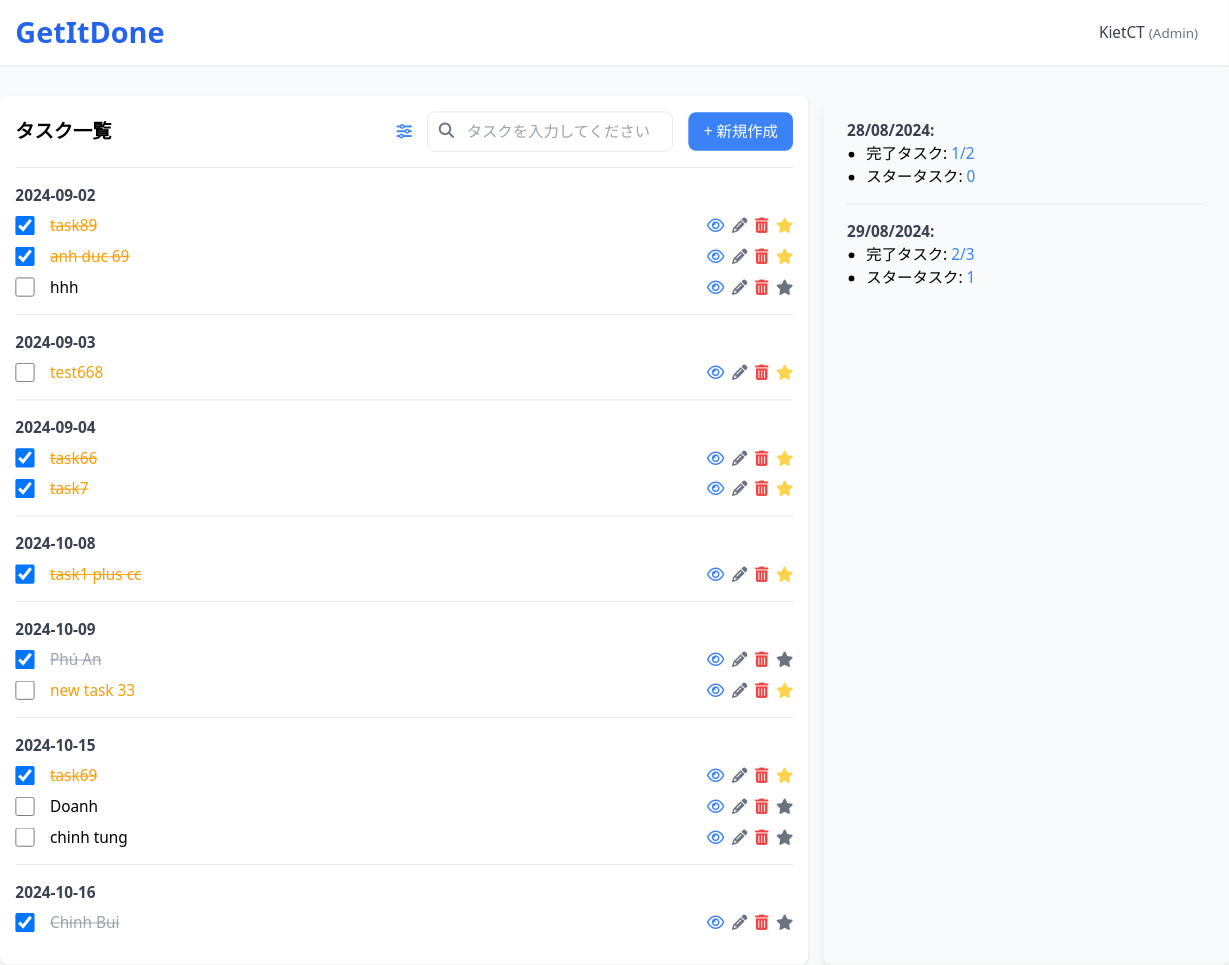
Repository: TuanAnhNguyen723/todolist
Page: http://localhost/mainscreen/mainscreen.php
An editor plug-in stored every save of this project. The page is shown before and after the next save, followed by the edit.
The browser window is 1280 px wide. The pictures show the whole page, at 96% of full size.
Some web libraries are served in a nearby version. The page is run by PHP 8.4 with error messages shown; the project is at /var/www/html/. The database holds what the project's SQL file puts in it.

Above is the page before, as saved 2024-10-02 14:03:03.

### mainscreen/mainscreen.php
<!DOCTYPE html>
<?php
include '../mainscreen/mainscreenController.php';
?>

<html lang="ja">
  <head>
    <meta charset="UTF-8" />
    <meta name="viewport" content="width=device-width, initial-scale=1.0" />
    <title>GetItDone Task List</title>
    <link
      href="https://cdn.jsdelivr.net/npm/tailwindcss@2.2.19/dist/tailwind.min.css"
      rel="stylesheet"
    />
    <link
      rel="stylesheet"
      href="https://cdnjs.cloudflare.com/ajax/libs/font-awesome/6.6.0/css/all.min.css"
    />

    <link href="./mainscreen.css">
    <script src="./mainscreen.js" defer></script>
  </head>
  <body class="bg-gray-50">
    <!-- Header Section -->
    <header class="bg-white shadow p-4 flex justify-between items-center">
      <div class="flex items-center">
        <h1 class="text-3xl font-bold text-blue-600">GetItDone</h1>
      </div>
      <div class="flex items-center">
        <span class="text-gray-700 mr-4"
          >KietCT <span class="text-sm text-gray-500">(Admin)</span></span
        >
      </div>
    </header>

    <!-- Main Section -->
    <main class="container mx-auto mt-8">
      <div class="flex justify-between">
        <!-- Task List -->
        <div class="w-2/3 bg-white p-4 shadow rounded-lg">
          <div class="flex justify-between items-center mb-4">
            <!-- Task List Title -->
            <h2 class="text-xl font-bold">タスク一覧</h2>

            <div class="flex items-center space-x-4">
              <!-- Filter Icon -->
              <button class="text-blue-500 hover:text-gray-700">
                <i class="fas fa-sliders-h"></i>
              </button>

              <!-- Search Input with Icon -->
              <div class="relative">
                <input
                  type="text"
                  class="border rounded-lg pl-10 pr-3 py-2 w-64"
                  placeholder="タスクを入力してください"
                />
                <!-- Search Icon -->
                <i
                  class="fas fa-search absolute left-3 top-3 text-gray-500"
                ></i>
              </div>

              <!-- New Task Button -->
              <button
                class="newtask bg-blue-500 text-white px-4 py-2 rounded-lg"
              >
                + 新規作成
              </button>
            </div>
          </div>

          <!-- Task Groups by Date -->
          <div class="task-container">
          <?php foreach ($tasks_by_date as $date => $tasks): ?>
            <div class="mb-4 border-t pt-4">
                <h3 class="font-bold text-gray-700"><?php echo htmlspecialchars($date); ?></h3>

                <?php foreach ($tasks as $task): ?>
                    <div class="task-container2 flex justify-between items-center space-x-4 my-2">
                        <div class="flex items-center space-x-4">
                            <!-- // Kết hợp giữa trạng thái checked và trạng thái star -->
                            <input
                                type="checkbox"
                                class="form-checkbox h-5 w-5 toggle-complete <?php echo $task['star'] ? 'bg-yellow-500 border-yellow-500' : ''; ?>"
                                data-task-id="<?php echo $task['task_id']; ?>"
                                <?php echo $task['checked'] ? 'checked' : ''; ?>
                            />
                            <!-- // Kết hợp trạng thái star với việc đánh dấu gạch ngang nếu hoàn thành -->
                            <span class="task-text <?php echo $task['checked'] ? 'line-through text-gray-400' : ''; ?> <?php echo $task['star'] ? 'text-yellow-500' : ''; ?>">
                                <?php echo htmlspecialchars($task['title']); ?>
                            </span>
                        </div>
                        <div class="flex space-x-2">
                            <!-- Nút xem chi tiết -->
                            <button class="text-blue-500 hover:text-blue-700">
                                <i class="fa fa-eye"></i>
                            </button>

                            <!-- Nút sửa -->
                            <button class="text-gray-500 hover:text-gray-700 edit-task-button" data-task-id="<?php echo $task['task_id']; ?>">
                                <i class="fa fa-pencil"></i>
                            </button>

                            <!-- Nút xóa -->
                            <form action="./mainscreenController.php" method="POST" style="display:inline;">
                                <input type="hidden" name="task_id" value="<?php echo $task['task_id']; ?>">
                                <button type="submit" name="delete_task" class="text-red-500 hover:text-red-700">
                                    <i class="fa fa-trash"></i>
                                </button>
                            </form>

                            <!-- // Kết hợp trạng thái star -->
                            <button class="text-gray-500 hover:text-yellow-300 star-icon <?php echo $task['star'] ? 'text-yellow-300' : ''; ?>" data-task-id="<?php echo $task['task_id']; ?>">
                                <i class="fa fa-star"></i>
                            </button>
                        </div>
                    </div>
                <?php endforeach; ?>
            </div>
          <?php endforeach; ?>



          </div>
        </div>

        <!-- Task Completion Summary -->
        <div
          id="task-summary"
          class="w-1/3 bg-grey-900 p-6 rounded-lg shadow-lg ml-4"
        >
          <h3 class="font-bold text-gray-700">28/08/2024:</h3>
          <ul class="list-disc pl-5">
            <li>完了タスク: <span class="text-blue-500">1/2</span></li>
            <li>スタータスク: <span class="text-blue-500">0</span></li>
          </ul>

          <h3 class="font-bold text-gray-700 mt-4 border-t pt-4">
            29/08/2024:
          </h3>
          <ul class="list-disc pl-5">
            <li>完了タスク: <span class="text-blue-500">2/3</span></li>
            <li>スタータスク: <span class="text-blue-500">1</span></li>
          </ul>
        </div>

        <!-- Task Add Modal -->
        <div id="taskAddModal" class="fixed z-50 inset-0 overflow-y-auto hidden">
          <div class="flex items-center justify-center min-h-screen bg-black bg-opacity-50">
            <div class="relative bg-white w-96 p-6 rounded-lg shadow-lg">
              <!-- Close Button -->
              <button id="closeModal" class="absolute top-2 right-2 text-gray-500 hover:text-gray-700">
                <i class="fas fa-times"></i>
              </button>

              <!-- Modal Title -->
              <h2 class="text-2xl font-bold mb-4">タスク追加</h2>

              <!-- Form -->

              <form action="mainscreenController.php" method="POST">
                <!-- Task Title -->
                <input
                  name="title"
                  type="text"
                  placeholder="タイトルが入力してください"
                  class="title w-full border border-gray-300 p-2 rounded-lg mb-4"
                />

                <!-- Date Pickers -->
                <div class="flex justify-between space-x-4 mb-4">
                  <div class="w-1/2 relative">
                    <label for="time_start" class="sr-only">Start Date</label>
                    <input
                      type="date"
                      name="time_start"
                      class="w-full border border-gray-300 p-2 rounded-lg"
                    />
                  </div>
                  <div class="w-1/2 relative">
                    <label for="time_end" class="sr-only">End Date</label>
                    <input
                      type="date"
                      name="time_end"
                      class="w-full border border-gray-300 p-2 rounded-lg"
                    />
                  </div>
                </div>

                <!-- Task Description -->
                <textarea
                  name="description"
                  placeholder="ディスクリプが入力してください"
                  class="w-full border border-gray-300 p-2 rounded-lg mb-4"
                  rows="4"
                ></textarea>

                <!-- Buttons -->
                <div class="flex justify-between">
                  <button
                    type="submit"
                    class="bg-blue-500 text-white px-4 py-2 rounded-lg w-full mr-2"
                  >
                    作成
                  </button>
                  <button
                    type="button"
                    class="border border-blue-500 text-blue-500 px-4 py-2 rounded-lg w-full"
                    id="cancelButton"
                  >
                    キャンセル
                  </button>
                </div>
              </form>

            </div>
          </div>
        </div>

        <!-- Filter Modal -->
        <div
          id="filterModal"
          class="fixed inset-0 bg-black bg-opacity-30 flex justify-center items-center hidden"
        >
          <div class="bg-white p-6 rounded-lg shadow-lg w-80">
            <h2 class="text-xl font-bold mb-4">フィルターオプション</h2>

            <!-- Status Dropdown -->
            <div class="mb-4 relative">
              <label class="block text-gray-700 font-semibold"
                >ステータス</label
              >
              <button
                id="statusButton"
                class="bg-gray-200 border border-gray-300 p-2 w-full text-left rounded-lg flex justify-between items-center"
              >
                <span id="statusText">全ステータス</span>
                <i class="fas fa-chevron-down"></i>
              </button>

              <ul
                id="statusDropdown"
                class="absolute bg-white border border-gray-300 rounded-lg w-full hidden mt-1 z-10"
              >
                <li
                  class="p-2 hover:bg-blue-500 hover:text-white cursor-pointer"
                  data-value="全ステータス"
                >
                  全ステータス
                </li>
                <li
                  class="p-2 hover:bg-blue-500 hover:text-white cursor-pointer"
                  data-value="完了"
                >
                  完了
                </li>
                <li
                  class="p-2 hover:bg-blue-500 hover:text-white cursor-pointer"
                  data-value="未完了"
                >
                  未完了
                </li>
              </ul>
            </div>

            <!-- Date Picker -->
            <div class="flex items-center mb-4">
              <i class="fas fa-calendar mr-2"></i>
              <span>締め切り</span>
            </div>

            <!-- Star Task Checkbox -->
            <div class="flex items-center mb-4">
              <input type="checkbox" id="starTask" class="mr-2" />
              <label for="starTask">スタータスク</label>
            </div>

            <!-- Buttons -->
            <div class="flex justify-between">
              <button
                id="resetButton"
                class="bg-gray-300 text-gray-700 px-4 py-2 rounded-lg"
              >
                リセット
              </button>
              <button
                id="applyButton"
                class="bg-blue-500 text-white px-4 py-2 rounded-lg"
              >
                適用
              </button>
            </div>
          </div>
        </div>


     <!-- Modal chỉnh sửa task -->
      <div id="taskEditModal" class="fixed z-50 inset-0 overflow-y-auto hidden">
        <div class="flex items-center justify-center min-h-screen bg-black bg-opacity-50">
          <div class="relative bg-white w-96 p-6 rounded-lg shadow-lg">
            <!-- Close Button -->
            <button id="closeEditModal" class="absolute top-2 right-2 text-gray-500 hover:text-gray-700">
              <i class="fas fa-times"></i>
            </button>



            <!-- Modal Content -->
            <h2 class="text-2xl font-bold mb-4">タスク編集</h2>
            <!-- Form -->
            <form id="editTaskForm" action="mainscreenController.php" method="POST">
              <!-- Task ID (ẩn) để biết nhiệm vụ nào cần chỉnh sửa -->
              <input type="hidden" name="edit_task_id" value="">

              <!-- Task Title -->
              <input name="edit_title" type="text" placeholder="タイトルを入力してください" class="edit-title w-full border border-gray-300 p-2 rounded-lg mb-4" />

              <!-- Date Pickers -->
              <div class="flex justify-between space-x-4 mb-4">
                <div class="w-1/2 relative">
                  <label for="edit_time_start" class="sr-only">Start Date</label>
                  <input type="date" name="edit_time_start" class="edit-time-start w-full border border-gray-300 p-2 rounded-lg" />
                </div>
                <div class="w-1/2 relative">
                  <label for="edit_time_end" class="sr-only">End Date</label>
                  <input type="date" name="edit_time_end" class="edit-time-end w-full border border-gray-300 p-2 rounded-lg" />
                </div>
              </div>

              <!-- Task Description -->
              <textarea name="edit_description" placeholder="ディスクリプションを入力してください" class="edit-description w-full border border-gray-300 p-2 rounded-lg mb-4" rows="4"></textarea>

              <!-- Buttons -->
              <div class="flex justify-between">
                <button id="saveEditButton" class="bg-blue-500 text-white px-4 py-2 rounded-lg w-full mr-2">
                  保存
                </button>
                <button type="button" class="border border-blue-500 text-blue-500 px-4 py-2 rounded-lg w-full" id="cancelEditButton">
                  キャンセル
                </button>
              </div>
            </form>
          </div>
        </div>
      </div>

      </div>
    </main>

    <!-- Icons FontAwesome -->
    <script src="https://kit.fontawesome.com/a076d05399.js"></script>
  </body>
</html>

### config.php
<?php
define('DB_SERVER', 'localhost');
define('DB_USERNAME', 'root');
define('DB_PASSWORD', '');
define('DB_NAME', 'todolistdb');

$conn = mysqli_connect(DB_SERVER, DB_USERNAME, DB_PASSWORD, DB_NAME);



if($conn === false){
    die("ERROR: Could not connect. " . mysqli_connect_error());
}
?>

### todolistdb.sql (the tables this page reads)
CREATE TABLE `task` (
  `task_id` int(11) NOT NULL,
  `title` varchar(255) NOT NULL,
  `description` varchar(255) NOT NULL,
  `time_start` date NOT NULL,
  `time_end` date NOT NULL,
  `checked` tinyint(1) NOT NULL,
  `user_id` varchar(10) NOT NULL,
  `grouptask_id` varchar(10) NOT NULL,
  `star` tinyint(1) NOT NULL
) ENGINE=InnoDB DEFAULT CHARSET=utf8mb4 COLLATE=utf8mb4_general_ci;

INSERT INTO `task` (`task_id`, `title`, `description`, `time_start`, `time_end`, `checked`, `user_id`, `grouptask_id`, `star`) VALUES
(26, 'task89', 'test89', '2024-09-02', '2024-09-11', 1, 'some_user_', 'some_group', 1),
(28, 'task1 plus  cc', 'test1 plus cc', '2024-10-08', '2024-09-10', 1, 'some_user_', 'some_group', 1),
(30, 'task66', 'test66', '2024-09-04', '2024-09-13', 1, 'some_user_', 'some_group', 1),
(36, 'task69', 'test69\r\n', '2024-10-15', '2024-10-17', 1, 'some_user_', 'some_group', 1),
(38, 'task7', 'test7', '2024-09-04', '2024-10-15', 1, 'some_user_', 'some_group', 1),
(42, 'Doanh', 'đần', '2024-10-15', '2024-10-14', 0, 'some_user_', 'some_group', 0),
(46, 'Phú An', 'An ', '2024-10-09', '2024-10-14', 1, 'some_user_', 'some_group', 0),
(56, 'Chinh Bui', 'tft', '2024-10-16', '2024-10-21', 1, 'some_user_', 'some_group', 0),
(58, '              anh duc 69            ', 'anh duc 69', '2024-09-02', '2024-10-08', 1, 'some_user_', 'some_group', 1),
(59, '                            test668                        ', 'test668', '2024-09-03', '2024-10-08', 0, 'some_user_', 'some_group', 1),
(61, 'chinh tung', 'tung chinh', '2024-10-15', '2024-10-08', 0, 'some_user_', 'some_group', 0),
(62, 'new task 33', 'new test 3 3', '2024-10-09', '2024-10-11', 0, 'some_user_', 'some_group', 1),
(63, 'hhh', 'hhh', '2024-09-02', '2024-10-07', 0, 'some_user_', 'some_group', 0);

ALTER TABLE `task`
  ADD PRIMARY KEY (`task_id`);

ALTER TABLE `task`
  MODIFY `task_id` int(11) NOT NULL AUTO_INCREMENT, AUTO_INCREMENT=64;

Loaded but not shown: mainscreen/mainscreen.js (321 lines, source omitted); mainscreen/mainscreenController.php (196 lines, source omitted)

After the next save:
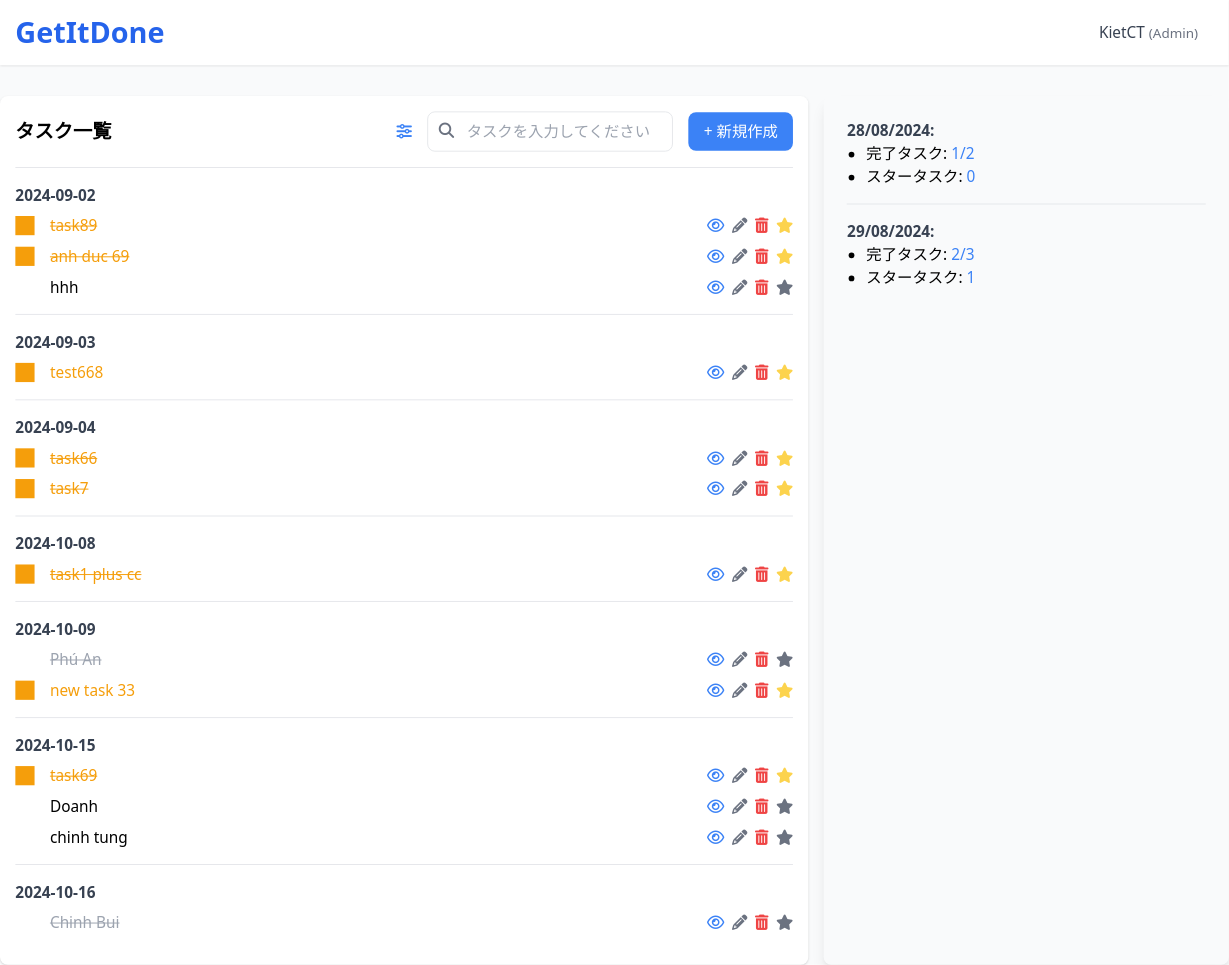
Saved 113 s later.
--- a/mainscreen/mainscreen.php
+++ b/mainscreen/mainscreen.php
@@ -82,7 +82,7 @@
                             <!-- // Kết hợp giữa trạng thái checked và trạng thái star -->
                             <input
                                 type="checkbox"
-                                class="form-checkbox h-5 w-5 toggle-complete <?php echo $task['star'] ? 'bg-yellow-500 border-yellow-500' : ''; ?>"
+                                class="appearance-none form-checkbox h-5 w-5 toggle-complete <?php echo $task['star'] ? 'bg-yellow-500 border-yellow-500' : ''; ?>"
                                 data-task-id="<?php echo $task['task_id']; ?>"
                                 <?php echo $task['checked'] ? 'checked' : ''; ?>
                             />

After the save that followed:
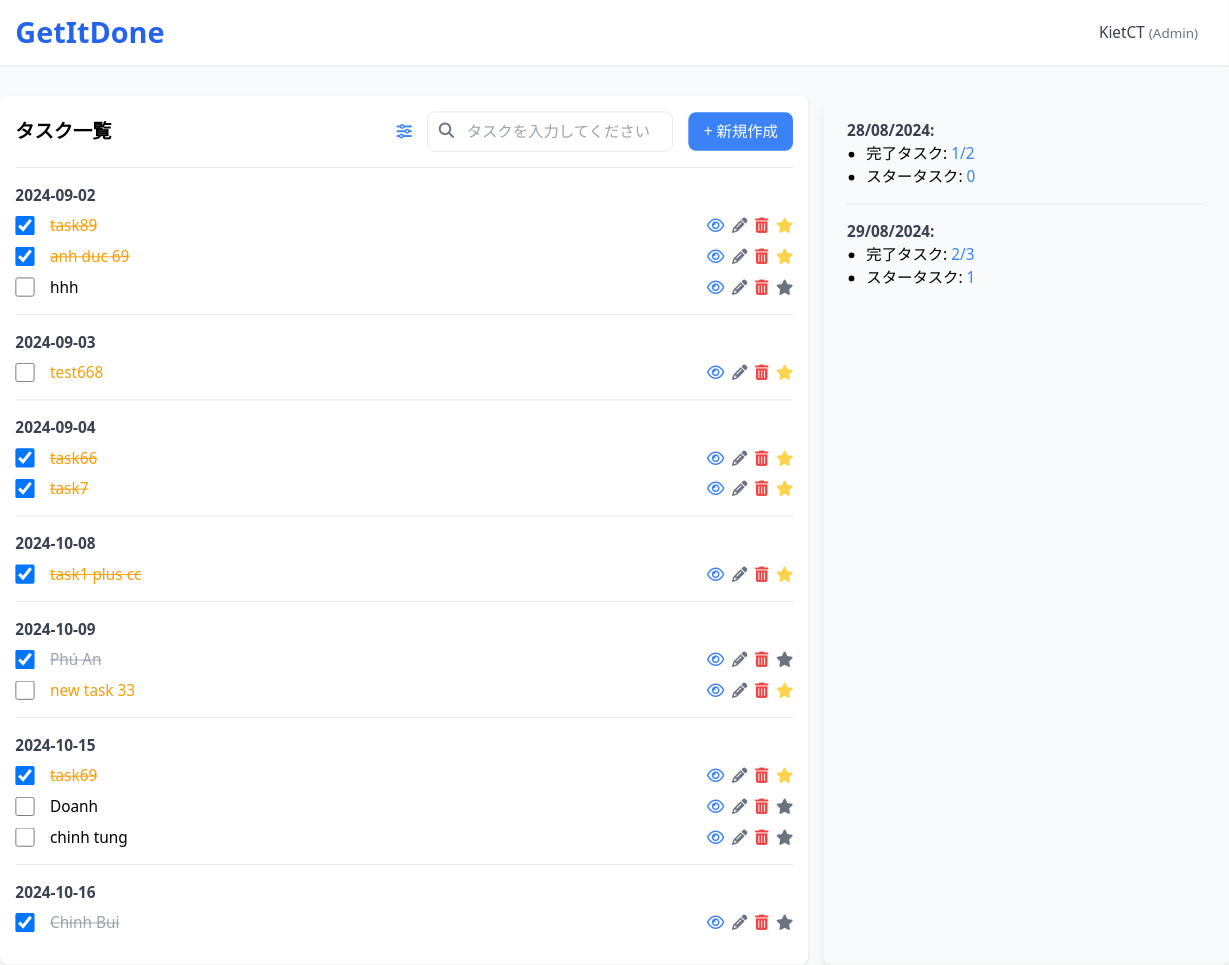
Saved 103 s later.
--- a/mainscreen/mainscreen.php
+++ b/mainscreen/mainscreen.php
@@ -82,7 +82,7 @@
                             <!-- // Kết hợp giữa trạng thái checked và trạng thái star -->
                             <input
                                 type="checkbox"
-                                class="appearance-none form-checkbox h-5 w-5 toggle-complete <?php echo $task['star'] ? 'bg-yellow-500 border-yellow-500' : ''; ?>"
+                                 class="form-checkbox h-5 w-5 toggle-complete <?php echo $task['star'] ? 'checked' : ''; ?>"
                                 data-task-id="<?php echo $task['task_id']; ?>"
                                 <?php echo $task['checked'] ? 'checked' : ''; ?>
                             />
